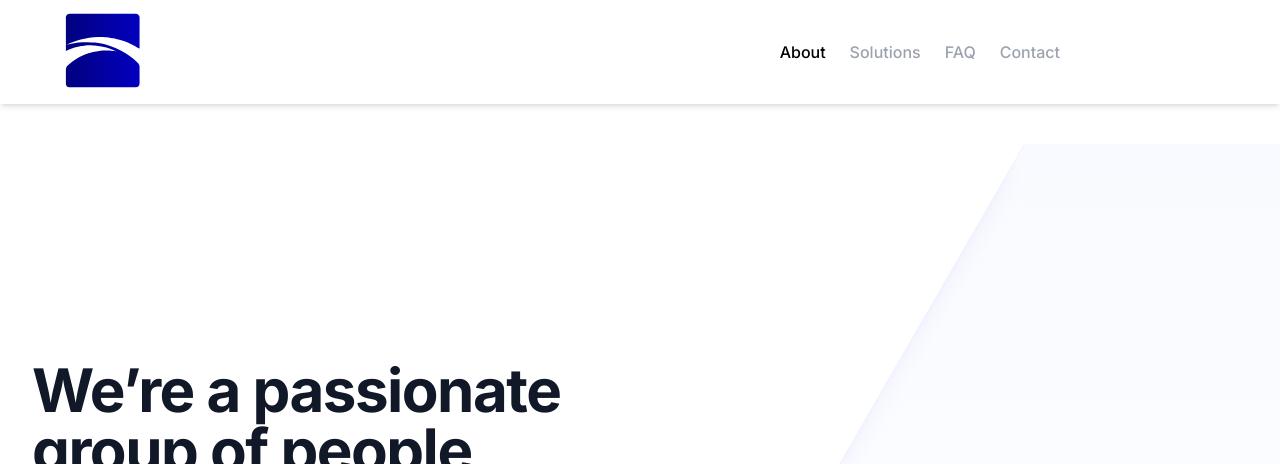
Repository: BridgeBuilderUser/bridge-builder
Page: /about
An editor plug-in stored every save of this project. The page is shown before and after the next save, followed by the edit.
The browser window is 1280 px wide. The pictures show the part of the page from y = 0 to 464 px (the page is 5217 px tall before and 5177 px after).
Pictures or frames that could not be fetched are drawn as grey boxes. The project was rebuilt for these pictures with package versions that can differ from the ones it lists, and the page was loaded fresh each time. The framework's server and built-in components were replaced by stand-ins that run in the browser. Also part of the build but not shown: next.config.js.

Above is the page before, as saved 2023-09-11 01:48:09.

After the next save:
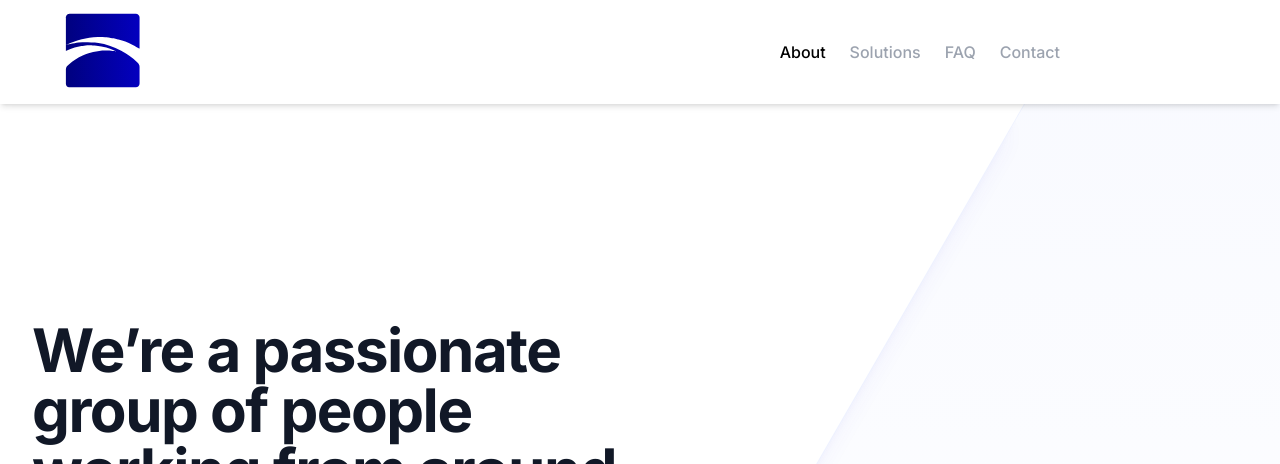
Saved 4 min 31 s later.
--- a/src/app/components/BasePage.tsx
+++ b/src/app/components/BasePage.tsx
@@ -4,9 +4,9 @@
 const Hero = ({ children }: { children: React.ReactNode }) => {
 
     return (
-        <div className="mt-10">
+        <>
             {children}
-        </div>
+        </>
     )
 }
 export function BasePage({ children }: { children: React.ReactNode }) {
